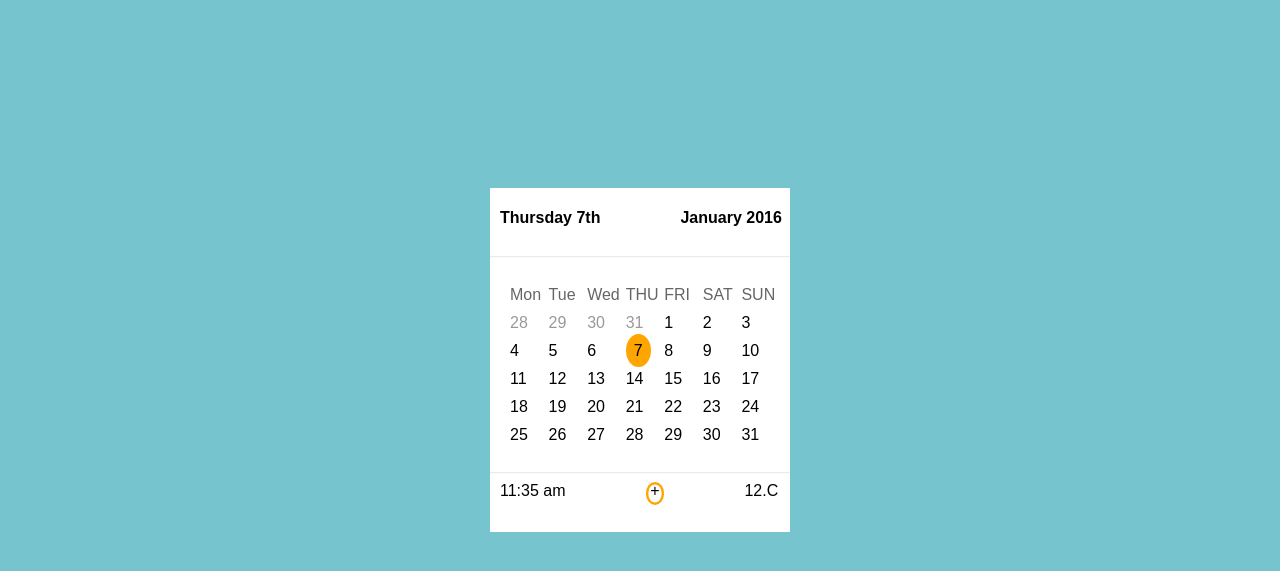
Repository: KYUUBI-K/HTML
Page: За 1 курс/Лаб 4/calendar.html
These files come from the project's save history. The page is drawn as it stood at one moment and after the next save; the edit follows.
The browser window is 1280 px wide. The pictures show the whole page.

Above is the page before, as saved 2021-03-30 14:31:06.

After the next save:
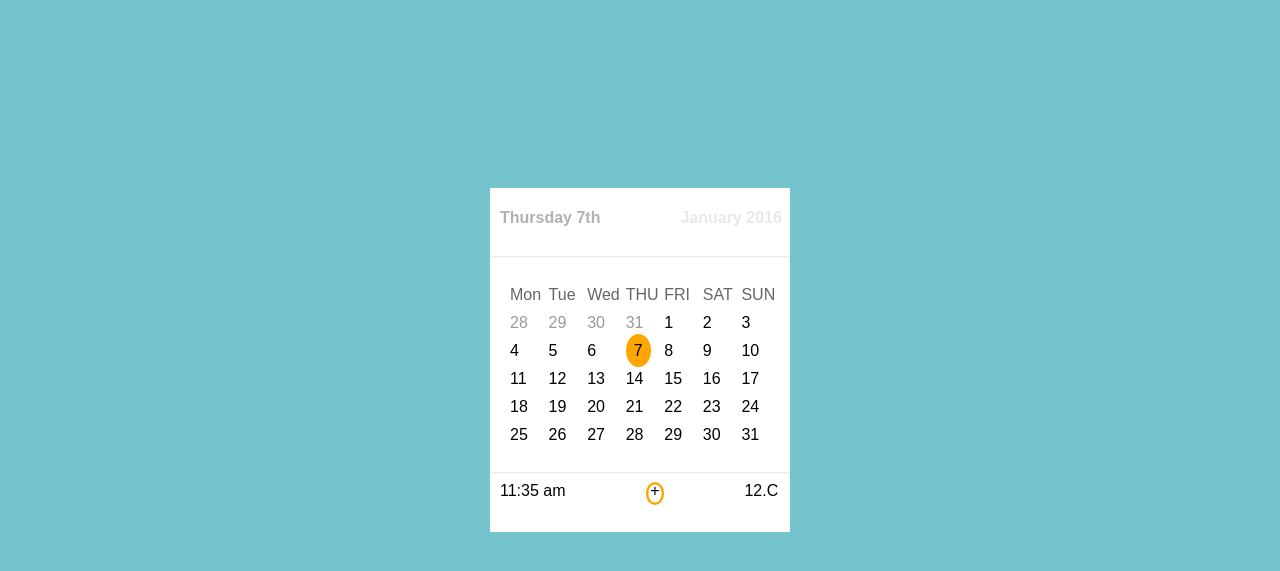
Saved 50 s later.
--- a/За 1 курс/Лаб 4/for_calend.css
+++ b/За 1 курс/Лаб 4/for_calend.css
@@ -25,6 +25,7 @@ body{
     display: flex;
     grid-gap: 70px;
     margin-left: 10px;
+    opacity: 0.3;
 }
 .lower{
     display: flex;
